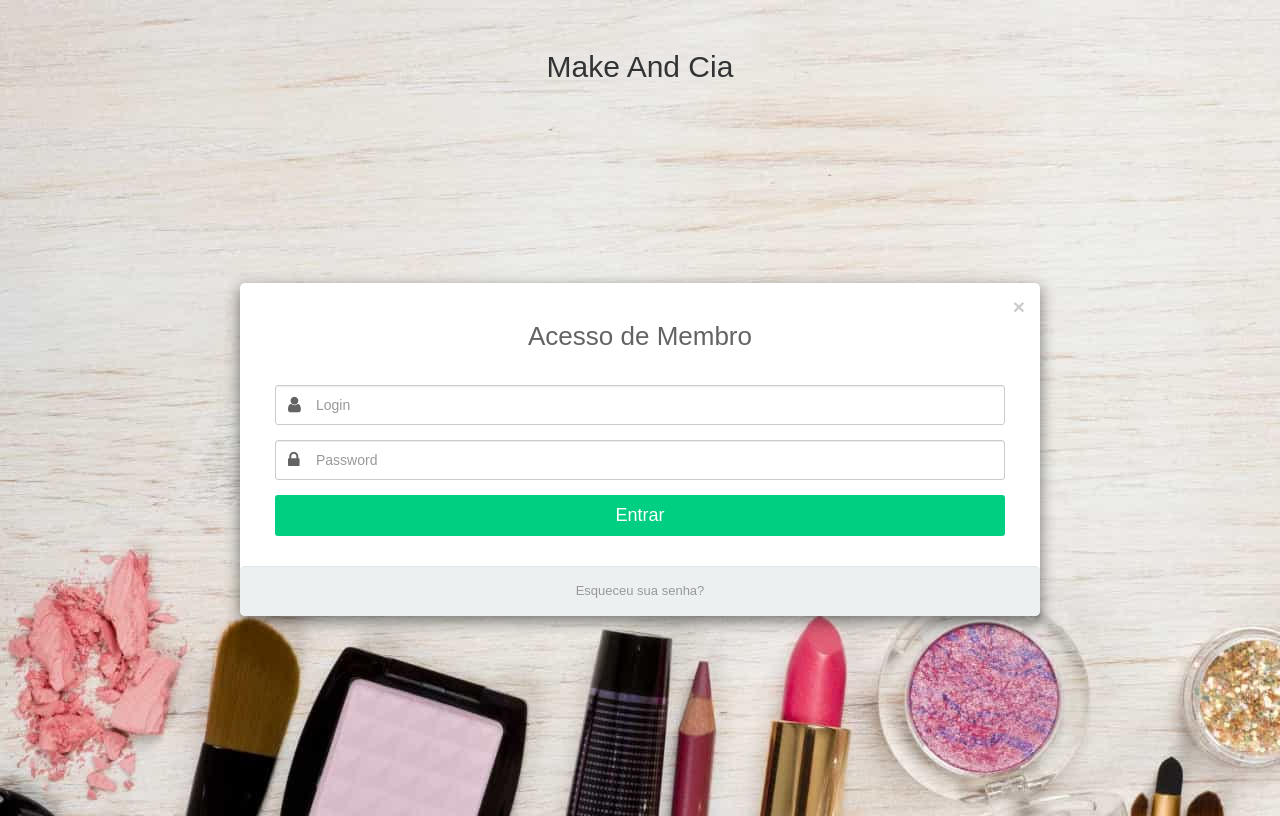
Repository: thuliobarbosa/Make_and_Cia
Page: Projeto_Make&Cia/MakeAndCia/WebContent/www/login.html
An editor plug-in stored every save of this project. The page is shown before and after the next save, followed by the edit.
The browser window is 1280 px wide. The pictures show the whole page.
Some web fonts or font styles are not loaded; a fallback is used.

Above is the page before, as saved 2020-11-10 20:04:33.

### Projeto_Make&Cia/MakeAndCia/WebContent/www/login.html
<!DOCTYPE html>
<html lang="en">
<head>
<meta charset="utf-8">
<meta http-equiv="X-UA-Compatible" content="IE=edge">
<meta name="viewport" content="width=device-width, initial-scale=1">
<title>Bootstrap Elegant Modal Login Modal Form with Icons</title>
<link href="https://fonts.googleapis.com/css?family=Roboto|Varela+Round" rel="stylesheet">
<link rel="stylesheet" href="https://maxcdn.bootstrapcdn.com/font-awesome/4.7.0/css/font-awesome.min.css">
<link rel="stylesheet" href="https://maxcdn.bootstrapcdn.com/bootstrap/3.3.7/css/bootstrap.min.css">
<script src="https://ajax.googleapis.com/ajax/libs/jquery/1.12.4/jquery.min.js"></script>
<script src="https://maxcdn.bootstrapcdn.com/bootstrap/3.3.7/js/bootstrap.min.js"></script>
<style>
    body {
		font-family: 'Varela Round', sans-serif;
		background-image: url("dist/img/make2.jpg")
	}
	.title {
		margin: 50px auto;
		text-align: center;
	}
	.modal-login {
		color: #636363;
		width: 800px;
		margin: 200px auto;
	}
	.modal-login .modal-content {
		padding: 20px;
		border-radius: 5px;
		border: none;
	}
	.modal-login .modal-header {
		border-bottom: none;
		position: relative;
		justify-content: center;
	}
	.modal-login h4 {
		text-align: center;
		font-size: 26px;
	}
	.modal-login  .form-group {
		position: relative;
	}
	.modal-login i {
		position: absolute;
		left: 13px;
		top: 11px;
		font-size: 18px;
	}
	.modal-login .form-control {
		padding-left: 40px;
	}
	.modal-login .form-control:focus {
		border-color: #00ce81;
	}
	.modal-login .form-control, .modal-login .btn {
		min-height: 40px;
		border-radius: 3px;
	}
	.modal-login .hint-text {
		text-align: center;
		padding-top: 10px;
	}
	.modal-login .close {
        position: absolute;
		top: -5px;
		right: -5px;
	}
	.modal-login .btn {
		background: #00ce81;
		border: none;
		line-height: normal;
	}
	.modal-login .btn:hover, .modal-login .btn:focus {
		background: #00bf78;
	}
	.modal-login .modal-footer {
		background: #ecf0f1;
		border-color: #dee4e7;
		text-align: center;
		margin: 0 -20px -20px;
		border-radius: 5px;
		font-size: 13px;
		justify-content: center;
	}
	.modal-login .modal-footer a {
		color: #999;
	}
	.trigger-btn {
		display: inline-block;
		margin: 100px auto;
	}
</style>
</head>
<body>

	<div class="title">
		<h2>Make And Cia</h2>
	</div>


<!-- Modal HTML -->
	<div class="modal-dialog modal-login">
		<div class="modal-content">
			<div class="modal-header">
				<h4 class="modal-title">Acesso de Membro</h4>
				<button type="button" class="close" data-dismiss="modal" aria-hidden="true">&times;</button>
			</div>
			<div class="modal-body">
				<form role="form" id="tela-login">
					<div class="form-group">
						<i class="fa fa-user"></i>
						<input type="text" class="form-control" placeholder="Login" required="required" id="">
					</div>
					<div class="form-group">
						<i class="fa fa-lock"></i>
						<input type="password" class="form-control" placeholder="Password" required="required">
					</div>
					<div class="form-group">
						<input type="submit" class="btn btn-primary btn-block btn-lg" value="Entrar">
					</div>
				</form>
			</div>
			<div class="modal-footer">
				<a href="#">Esqueceu sua senha?</a>
			</div>
		</div>
	</div>
</body>
</html>

After the next save:
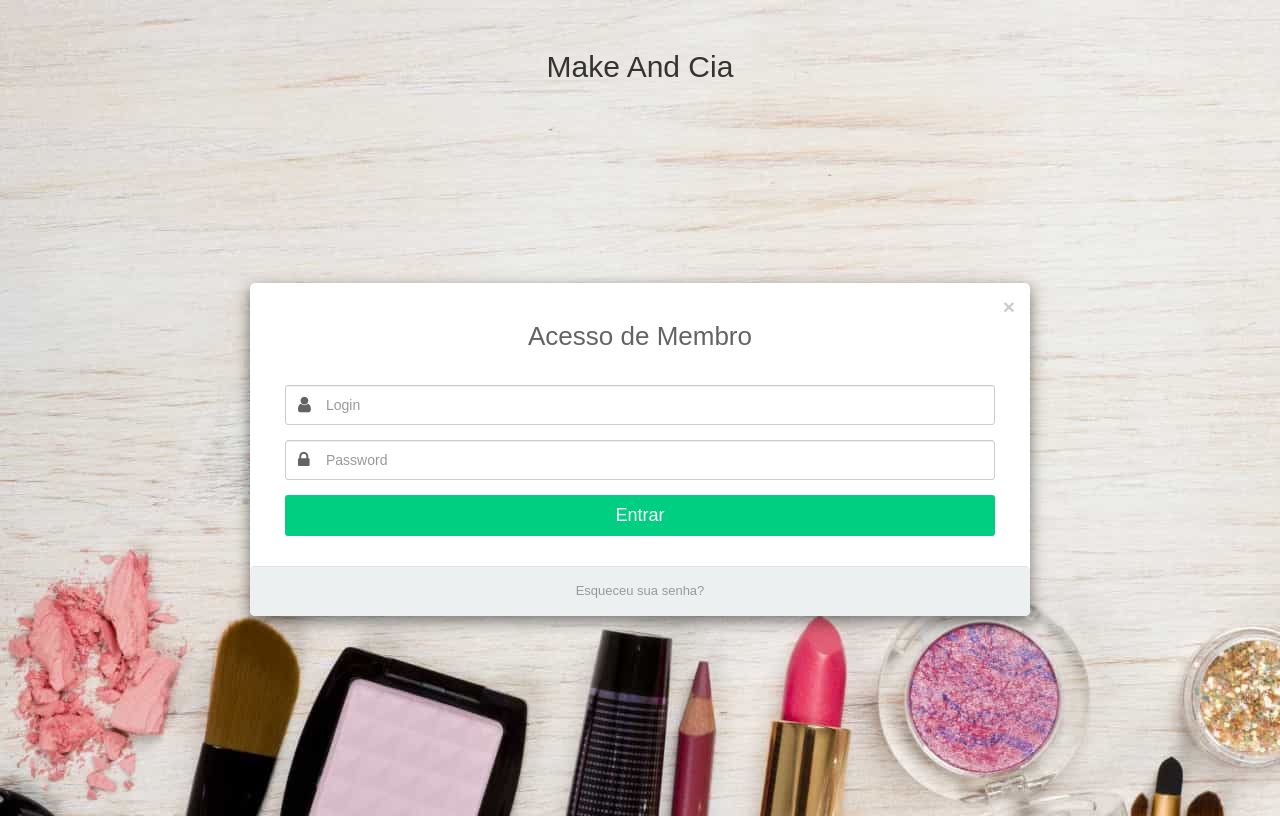
Saved 13 s later.
--- a/Projeto_Make&Cia/MakeAndCia/WebContent/www/login.html
+++ b/Projeto_Make&Cia/MakeAndCia/WebContent/www/login.html
@@ -21,7 +21,7 @@
 	}
 	.modal-login {
 		color: #636363;
-		width: 800px;
+		width: 780px;
 		margin: 200px auto;
 	}
 	.modal-login .modal-content {
